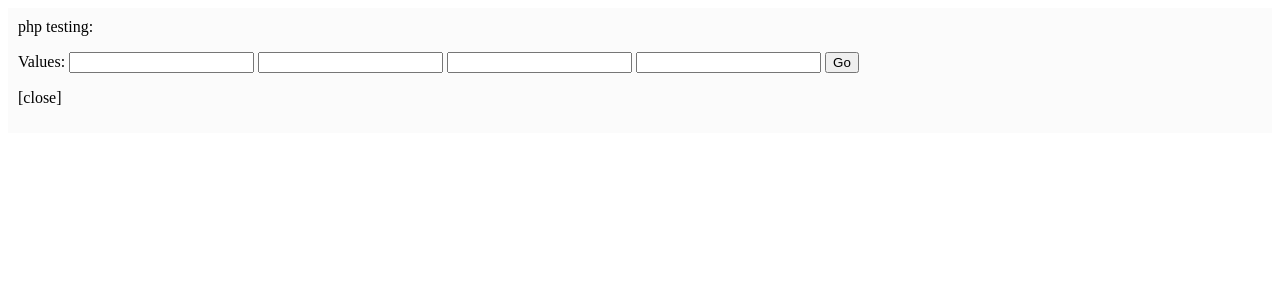
Repository: githubnorm/privat
Page: http://localhost/
These files come from the project's save history. The page is drawn as it stood at one moment and after the next save; the edit follows.
The browser window is 1280 px wide. The pictures show the whole page.
Some web libraries are served in a nearby version. The page is run by PHP 8.4 with error messages shown; the project is at /var/www/html/. Queries for data that is not in the repository find no rows.

Above is the page before, as saved 2014-08-24 14:59:36.

### php/index.php
<!DOCTYPE HTML PUBLIC "-//W3C//DTD HTML 4.01 Transitional//EN" "http://www.w3.org/TR/html4/loose.dtd">
<html>
<head>
<title>php testing</title>
	<meta http-equiv="Content-Type" content="text/html; charset=UTF-8">
	<link rel="stylesheet" type="text/css" href="css/styles.css">
	<script src="http://ajax.googleapis.com/ajax/libs/jquery/1.11.1/jquery.min.js"></script>
	<script src="js/scripts.js"></script>
</head>
<body>
	<div id="main" style="margin: 0px; padding: 10px; background-color: #FBFBFB;">
		php testing:<br>
		<p>
			<form method="post" action="source/db_insert.php?i=company" onSubmit="return ajaxSubmit(this);">
				Values: <input type="text" name="location" />
				<input type="text" name="anfahrt" />
				<input type="text" name="jobs" />
				<input type="text" name="ratings" />
				<input type="submit" name="form_submit" value="Go" />
			</form>
		</p>
		<p>
			<span data-target="hot">
				<!-- db data -->
			</span>
		</p>
		<p>
			<div id="div_add">
				<form id="form_add" style="display:none;" method="post" action="source/db_insert.php?i=job" onSubmit="return ajaxSubmit(this);">
					Values: <input type="text" name="position" />
					<input type="text" name="link" />
					<input id="company" type="hidden" name="company" value="-" />
					<input type="submit" name="form_submit" value="Go" />
				</form>
				<span onclick='showAddForm(false)'>[close]</span>
			</div>
		</p>
	</div>
</body>
</html>

### php/source/db_fetch.php
<?php
	include "db_connection.php";
	include "db_queries.php";
	$db_results = mysql_query($query_companies, $db_connection);

	if($db_results) {
		while ($row = mysql_fetch_array($db_results, MYSQL_NUM)) {
			printf("$row[0], $row[1], $row[2], $row[3], $row[4] [<span onclick='showAddForm($row[0])'>add</span>] | [<span onclick='deleteRow($row[0])'>delete</span>]");
			echo "<br>";
		}
	} else {
		echo "Query failed!";
	}
	mysql_close($db_connection);
?>

### php/source/db_connection.php
<?php

	include "db_config.php";

	/* create connection */
	$db_connection=mysql_connect("$host[$db]","$name[$db]","$pw[$db]");

	/* Check connection */
	if ($db_connection) {
		$db_select=mysql_select_db($dbname[$db],$db_connection);
		if (!$db_select) {
			die("database not selected"); exit;
		}
	} else {
		die("connection faild"); exit;
	}

?>

### php/source/db_config.php
<?php

	$db = "test";
	//$db = "live";

	/*test system*/
	$host['test'] = "localhost";
	$name['test'] = "root";
	$pw['test'] = "";
	$dbname['test'] = "jobsearch_test";

	/*live system*/
	$host['live'] = "db540710562.db.1and1.com";
	$name['live'] = "dbo540710562";
	$pw['live'] = "SQLduke2982";
	$dbname['live'] = "db540710562";

?>

### php/source/db_queries.php
<?php

	$query_companies = "
		SELECT *
		FROM `companies`";

	$query_insert_test = "
		INSERT INTO
		`companies`(`location`, `anfahrt`, `job_ids`, `ratings`)
		VALUES ('Hamburg','U-Bahn','3','3')";


// 	SELECT * FROM `jobs`,`companies` WHERE `jobs`.company=`companies`.company_id

// 	SELECT * FROM `companies` WHERE `jobs`='-'

?>

### php/css/styles.css
/* cursor */
.busy {
	cursor: wait !important;
}

### php/js/scripts.js
var ajaxSubmit = function(formEl) {
	// fetch where we want to submit the form to
	var url = $(formEl).attr('action');

	// fetch the data for the form
	var data = $(formEl).serializeArray();

	$("*").addClass("busy");
	// setup the ajax request
	$.ajax({
		url: url,
		type: 'POST',
		data: data,
		dataType: 'json'
	}).done(function(rsp) {
		if(rsp.success) {
			loadData();
		}
	}).fail(function() {
		alert( "insert failed!" );
		$("*").removeClass("busy");
	})

	// return false so the form does not actually
	// submit to the page
	return false;
}

var loadData = function() {
	$.ajax({
		url: 'source/db_fetch.php',
		dataType: 'html',
		cache: false
	}).done(function(response) {
		$("[data-target='hot']").html(response);
	}).fail(function() {
		alert( "fetch failed!" );
	}).always(function() {
		$("*").removeClass("busy");
	});
	return false;
}

var deleteRow = function(id) {
	$("*").addClass("busy");
	$.ajax({
		url: 'source/db_delete.php?company_id='+id,
		dataType: 'json'
	}).done(function(rsp) {
		if(rsp.success) {
			loadData();
		}
	}).fail(function() {
		alert( "delete failed!" );
		$("*").removeClass("busy");
	})
	return false;
};

var showAddForm = function(id) {
	if(id) {
		$('#company').val(id);
//		$('#form_add').show();
		$('#div_add').show();
	} else {
		$('#form_add').hide();
	}
	return false;
};

$( document ).ready(function() {
	loadData();
});

After the next save:
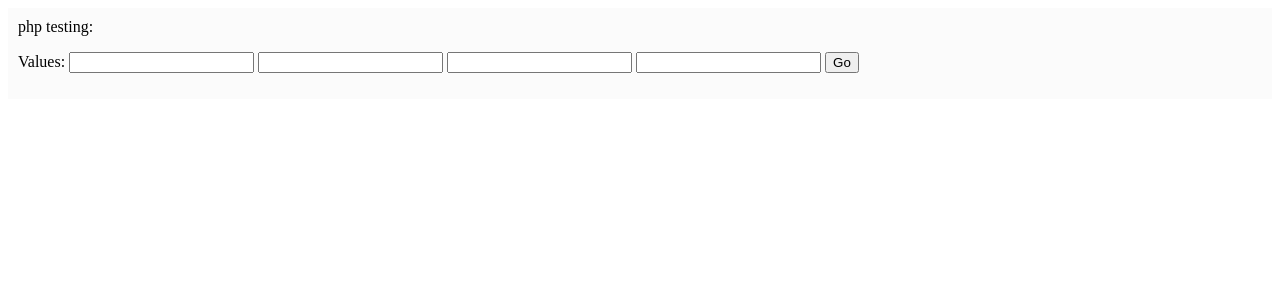
Saved 61 s later.
--- a/php/index.php
+++ b/php/index.php
@@ -25,8 +25,8 @@
 			</span>
 		</p>
 		<p>
-			<div id="div_add">
-				<form id="form_add" style="display:none;" method="post" action="source/db_insert.php?i=job" onSubmit="return ajaxSubmit(this);">
+			<div id="div_add" style="display:none;">
+				<form id="form_add" method="post" action="source/db_insert.php?i=job" onSubmit="return ajaxSubmit(this);">
 					Values: <input type="text" name="position" />
 					<input type="text" name="link" />
 					<input id="company" type="hidden" name="company" value="-" />
